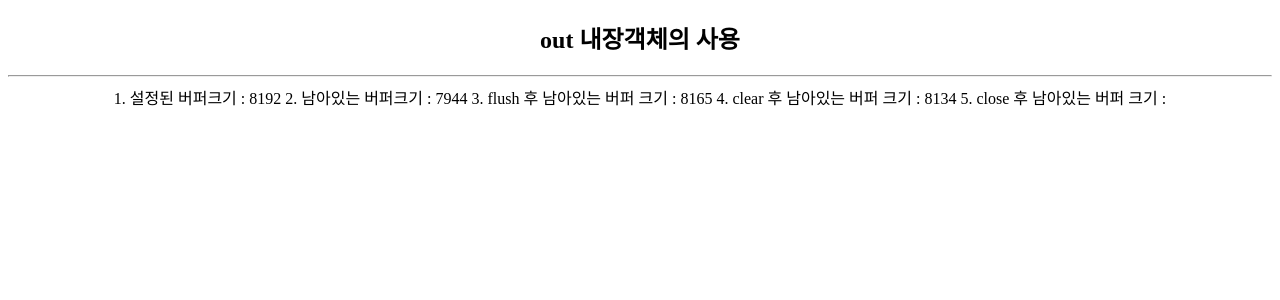
Repository: donggeonoh/My_Source
Page: http://localhost/WebProgramming/ch06/out.jsp
These files come from the project's save history. The page is drawn as it stood at one moment and after the next save; the edit follows.
The browser window is 1280 px wide. The pictures show the whole page.
The page is served by Tomcat 9. Other server files are loaded and not shown.

Above is the page before, as saved 2016-10-13 11:04:10.

### JSP-Web Source/WebProgramming/WebContent/ch06/out.jsp
<%@ page language="java" contentType="text/html; charset=UTF-8"
    pageEncoding="UTF-8"%>
<!DOCTYPE html PUBLIC "-//W3C//DTD HTML 4.01 Transitional//EN" "http://www.w3.org/TR/html4/loose.dtd">
<html>
<head>
<title>out.jsp</title>
</head>
<body>
	<div align = "center">
		<h2>out 내장객체의 사용</h2> <hr>
		1. 설정된 버퍼크기 : <%= out.getBufferSize() %>
		2. 남아있는 버퍼크기 : <%= out.getRemaining() %>
		<%out.flush(); %>
		3. flush 후 남아있는 버퍼 크기 : <%= out.getRemaining() %>
		4. clear 후 남아있는 버퍼 크기 : <%= out.getRemaining() %>
		5. close 후 남아있는 버퍼 크기 :

	</div>
</body>
</html>

After the next save:
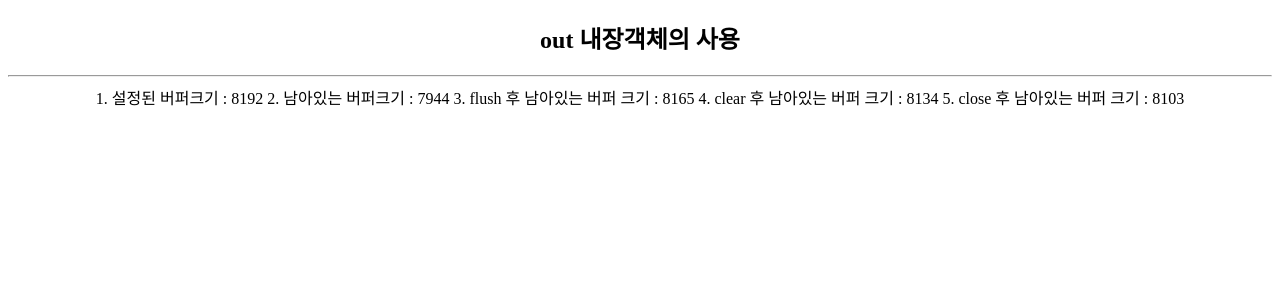
Saved 5 s later.
--- a/JSP-Web Source/WebProgramming/WebContent/ch06/out.jsp
+++ b/JSP-Web Source/WebProgramming/WebContent/ch06/out.jsp
@@ -13,7 +13,7 @@
 		<%out.flush(); %>
 		3. flush 후 남아있는 버퍼 크기 : <%= out.getRemaining() %>
 		4. clear 후 남아있는 버퍼 크기 : <%= out.getRemaining() %>
-		5. close 후 남아있는 버퍼 크기 :
+		5. close 후 남아있는 버퍼 크기 : <%= out.getRemaining() %>
 
 	</div>
 </body>
